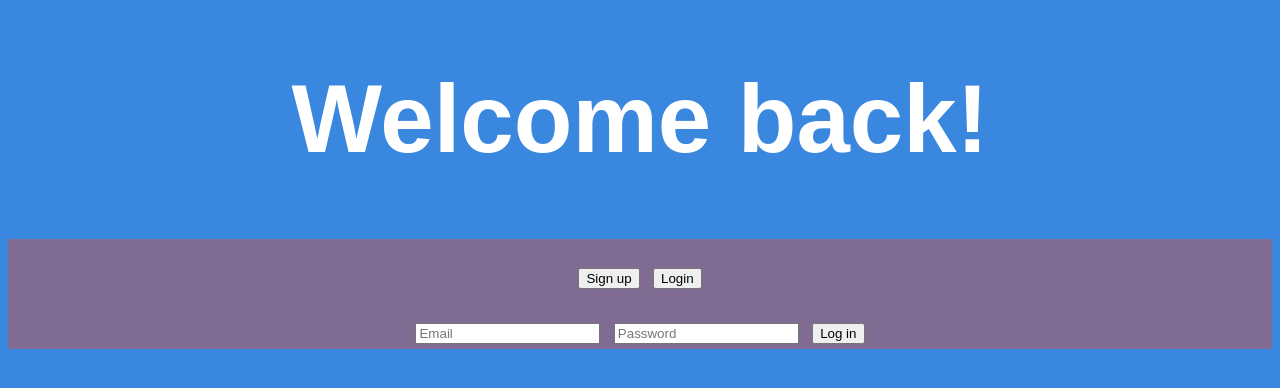
Repository: NicolasssCarlos/basic-flask-login
Page: http://localhost/
These files come from the project's save history. The page is drawn as it stood at one moment and after the next save; the edit follows.
The browser window is 1280 px wide. The pictures show the whole page.
The page is served by the project's application, run on Flask 3 (app.py).

Above is the page before, as saved 2025-06-11 20:19:49.

### templates/index.html
<!DOCTYPE html>
<html lang="en">
<head>
    <meta charset="UTF-8">
    <meta name="viewport" content="width=device-width, initial-scale=1.0">


    <link rel="stylesheet" href="{{url_for('static', filename='main.css')}}">
    <title>Document</title>
</head>
<body class="login">


    <div class="container">


        <h1>Welcome back!</h1>


        <div class="log-in">


            <form method="post">


                <div class="buttons">


                    <button type="button" onclick="window.location.href='/signup'">Sign up</button>


                    <button type="button" onclick="window.location.href='/'">Login</button>



                </div>


                <div class="inputs">


                    <input type="email" name="email" placeholder="Email">


                    <input type="password" name="password" placeholder="Password">


                    <button type="submit">Log in</button>



                </div>



            </form>



        </div>


        {% if welcome %}


            {{ welcome }}


        {% elif error %}


            {{ error }}


        {% endif %}



    </div>



</body>
</html>

### app.py
from flask import Flask, render_template, request
import sqlite3



app = Flask(__name__)



connection = sqlite3.connect("users_log.db", check_same_thread=False)
cursor = connection.cursor()



cursor.execute("""
    CREATE TABLE IF NOT EXISTS users_log (
        id INTEGER PRIMARY KEY AUTOINCREMENT,
        name TEXT,
        username TEXT,
        email TEXT,
        password TEXT
    )
""")

@app.route("/", methods=["POST", "GET"])
def home():
    welcome = error = ""

    if request.method == "POST":
        email = request.form.get("email")
        password = request.form.get("password")

        cursor.execute("SELECT * FROM users_log WHERE email = ?", (email,))
        user_found = cursor.fetchone()

        if user_found:
            if user_found[4] == password:
                welcome = f"Welcome, {user_found[1]}"
            else:
                error = "Login failed. Incorrect email or password"

    return render_template("index.html", welcome=welcome, error=error)

@app.route("/signup", methods=["POST", "GET"])
def signup():
    errors = []
    welcome = ""

    if request.method == "POST":
        name = request.form.get("name")
        username = request.form.get("username")
        email = request.form.get("email")
        password = request.form.get("password")

        if name and username and email and password:
            cursor.execute("SELECT * FROM users_log WHERE email = ?", (email,))
            if cursor.fetchone():
                errors.append("Email is already in use")

            cursor.execute("SELECT * FROM users_log WHERE username = ?", (username,))
            if cursor.fetchone():
                errors.append("Username is already in use")

            if not errors:
                cursor.execute(
                    "INSERT INTO users_log (name, username, email, password) VALUES (?, ?, ?, ?)",
                    (name, username, email, password)
                )

                cursor.execute("SELECT * FROM users_log WHERE username = ?", (username,))
                user = cursor.fetchone()
                user_name = user[1]
                welcome = f"Welcome, {user_name}"

    return render_template("login.html", errors=errors, welcome=welcome)

if __name__ == "__main__":
    app.run(debug=True)

### static/main.css
.login {

    font-family: Arial, Helvetica, sans-serif;


    font-size: 3rem;


    background-color: #3a87df;


    color: #fff;


    margin-bottom: 0;



}


.login h1 {


    align-items: center;


    justify-content: center;


    text-align: center;



}


.login .container .log-in {


    align-items: center;


    justify-content: center;


    text-align: center;


    background-color: #806c93;
}

After the next save:
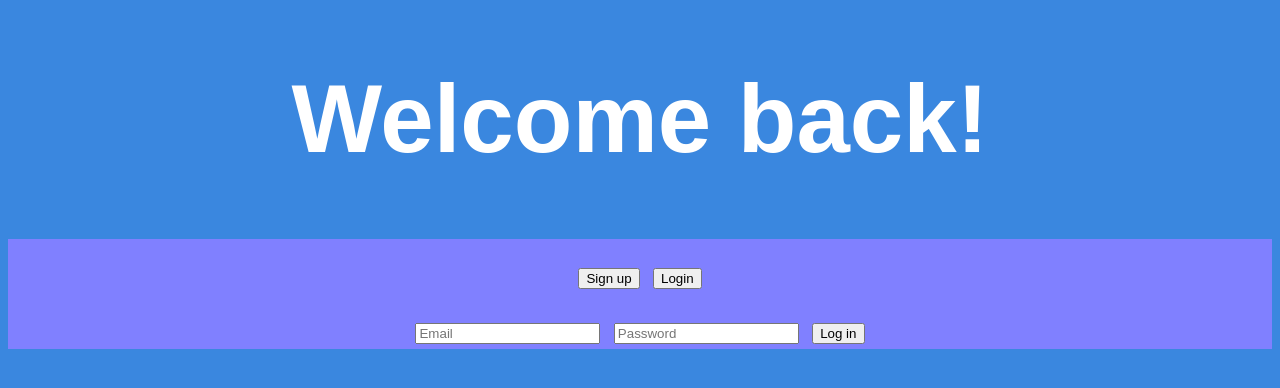
Saved 86 s later.
--- a/static/main.css
+++ b/static/main.css
@@ -47,5 +47,5 @@
     text-align: center;
 
 
-    background-color: #806c93;
+    background-color: #8080ff;
 }
